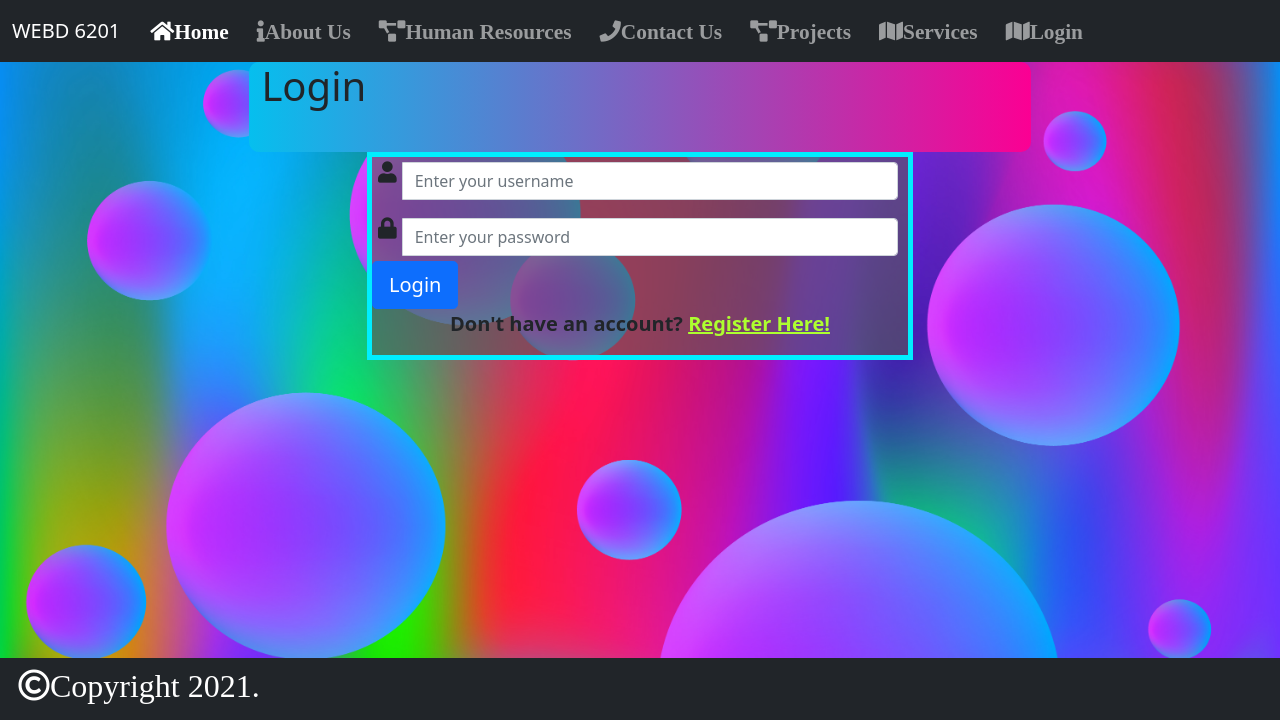
Repository: vans12345678/WEBD6201-W2021-Lab2
Page: login.html
These files come from the project's save history. The page is drawn as it stood at one moment and after the next save; the edit follows.
The browser window is 1280 px wide. The pictures show the whole page.

Above is the page before, as saved 2021-02-25 15:49:57.

After the next save:
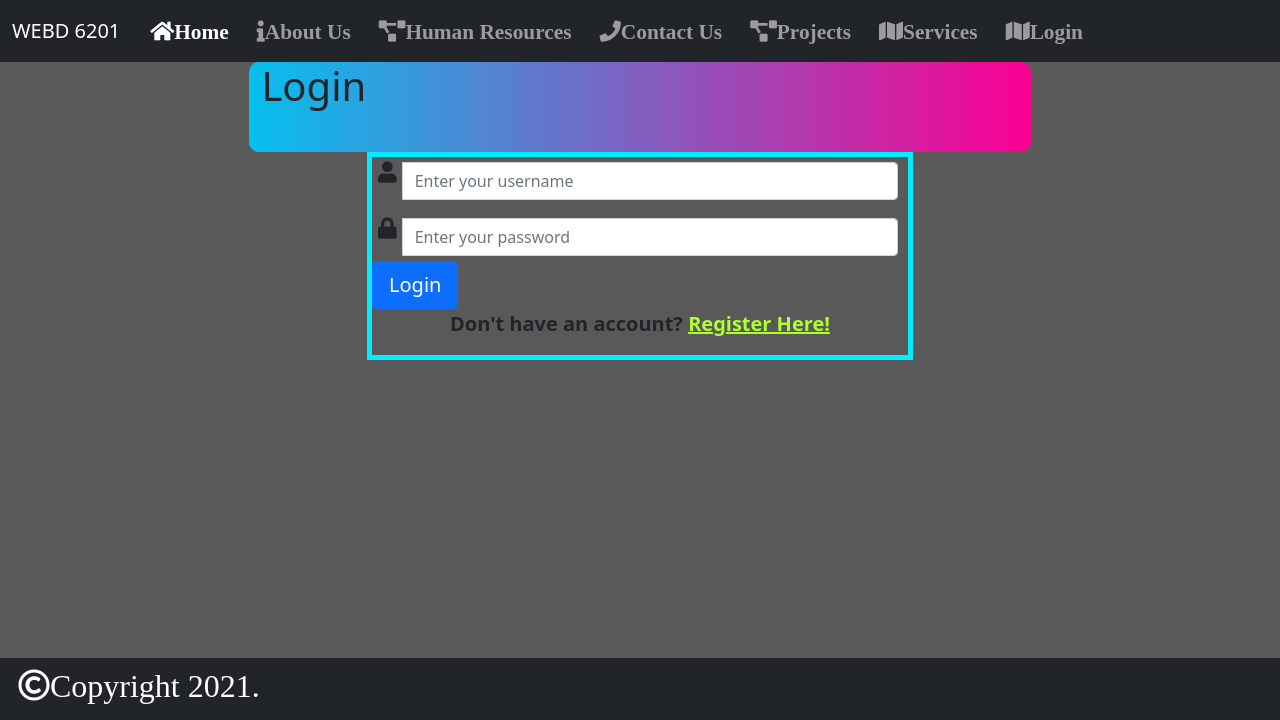
Saved 26 s later.
--- a/login.html
+++ b/login.html
@@ -9,7 +9,7 @@
     <link rel="stylesheet" href="./node_modules/@fortawesome/fontawesome-free/css/all.min.css">
     <link rel="stylesheet" href="./Content/app.css">
 </head>
-<body class ="Vapor">
+<body>
     <!-- Main Header -->
     <header>
         <!-- Main Navigation -->
